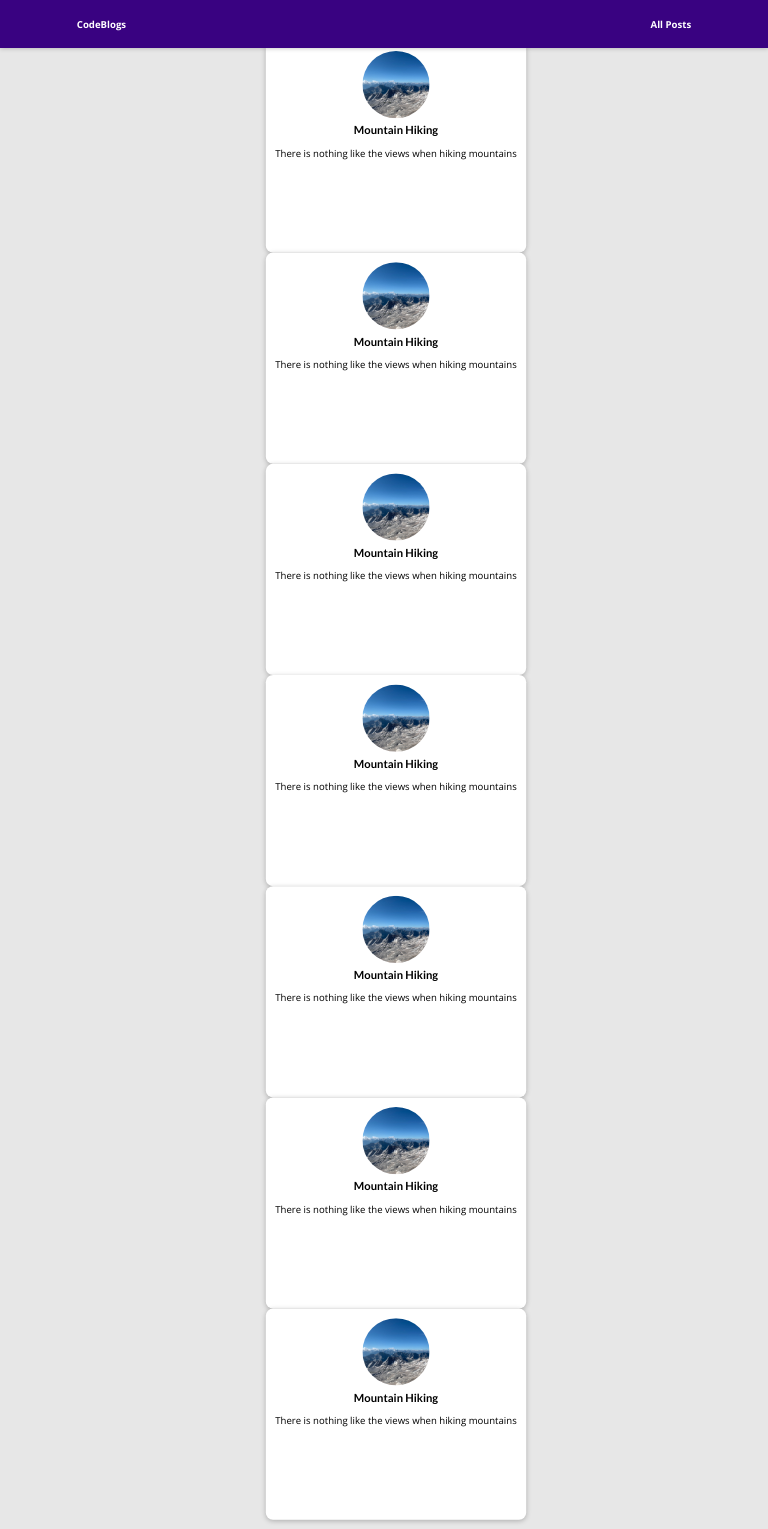
Repository: harshagr64/codeblogs
Page: http://localhost/posts
An editor plug-in stored every save of this project. The page is shown before and after the next save, followed by the edit.
The browser window is 1280 px wide. The pictures show the whole page, at 60% of full size.
The page is served by the project's application, run on Django 3.2 (manage.py).

Above is the page before, as saved 2021-08-21 11:13:01.

After the next save:
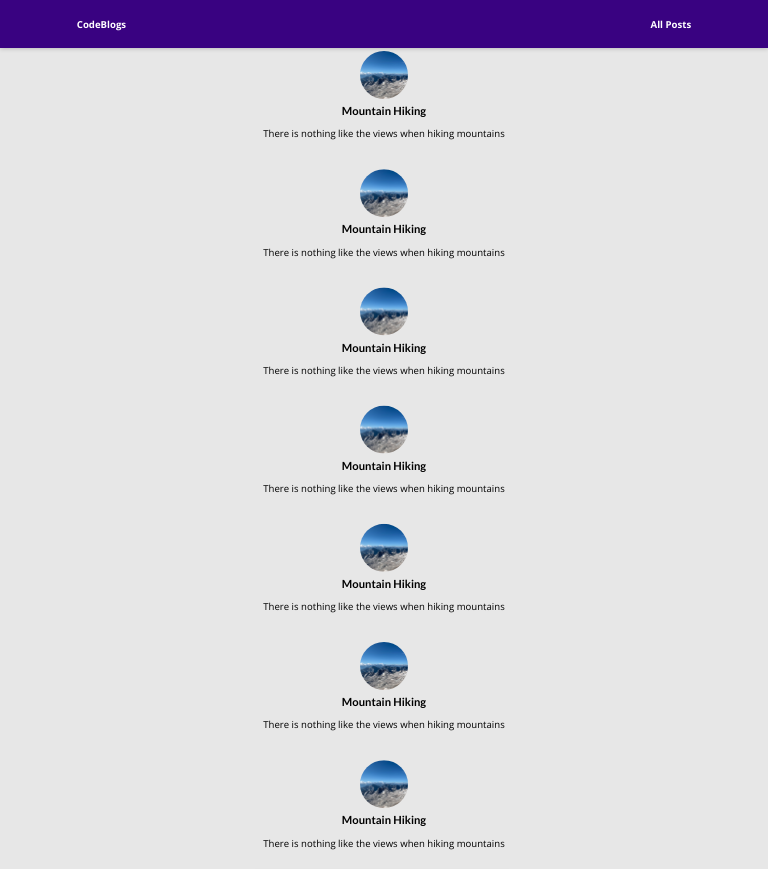
Saved 14 s later.
--- a/codeblogs/blog/static/blog/all-posts.css
+++ b/codeblogs/blog/static/blog/all-posts.css
@@ -22,11 +22,11 @@ body {
 
   ul {
     list-style: none;
-    /* margin: 0;
+    margin: 0;
     padding: 0; */
     /* display: grid;
     grid-template-columns: repeat(auto-fill, minmax(17rem, 1fr));
-    gap: 1.5rem; */
+    gap: 1.5rem;
   }
 
   .post img {
